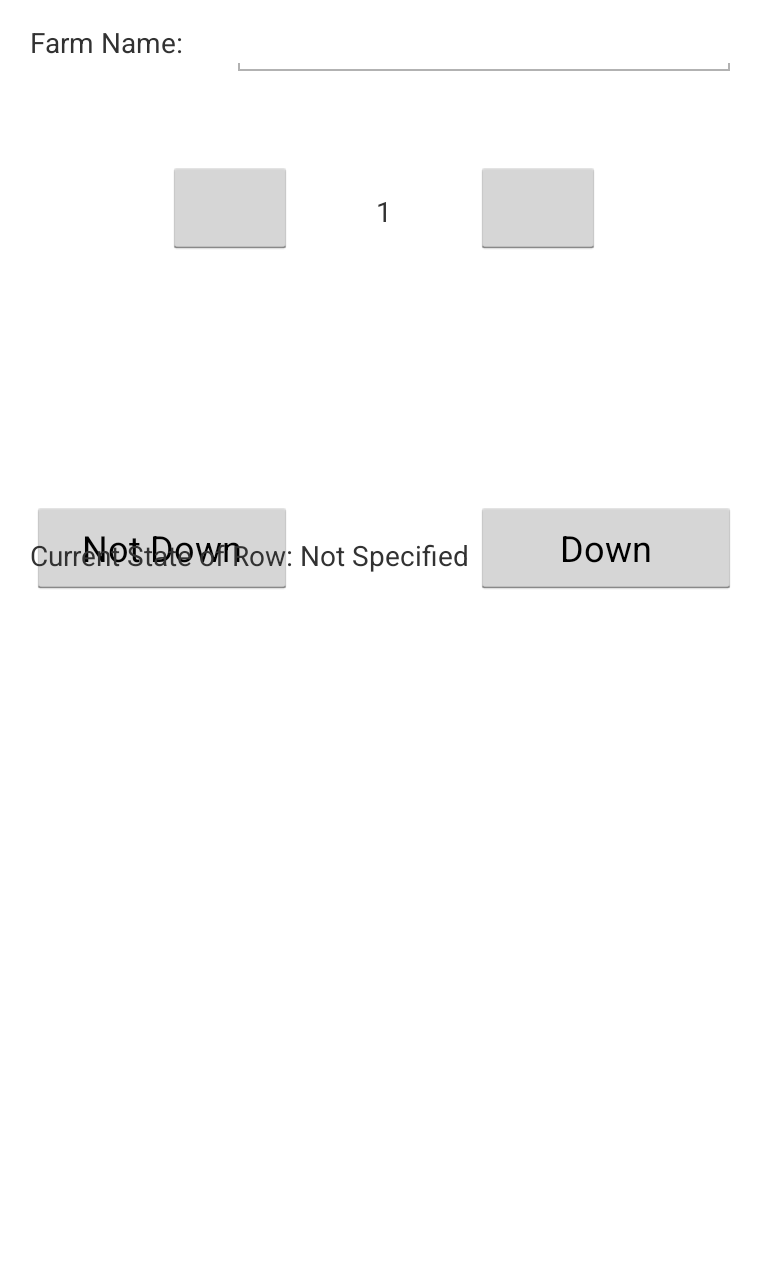
Repository: cokembel/FarmHand
Layout: FarmHand/res/layout/activity_main.xml
The author's editor kept a copy of each file at every save. The layout is drawn from the files as they stood at one save, then again after the next save.
It is drawn on a 768 x 1280 px phone screen (xhdpi) without system bars, with theme AppTheme; the app's code is not run.

Above is the layout before, as saved 2012-12-05 10:53:07.

After the next save:
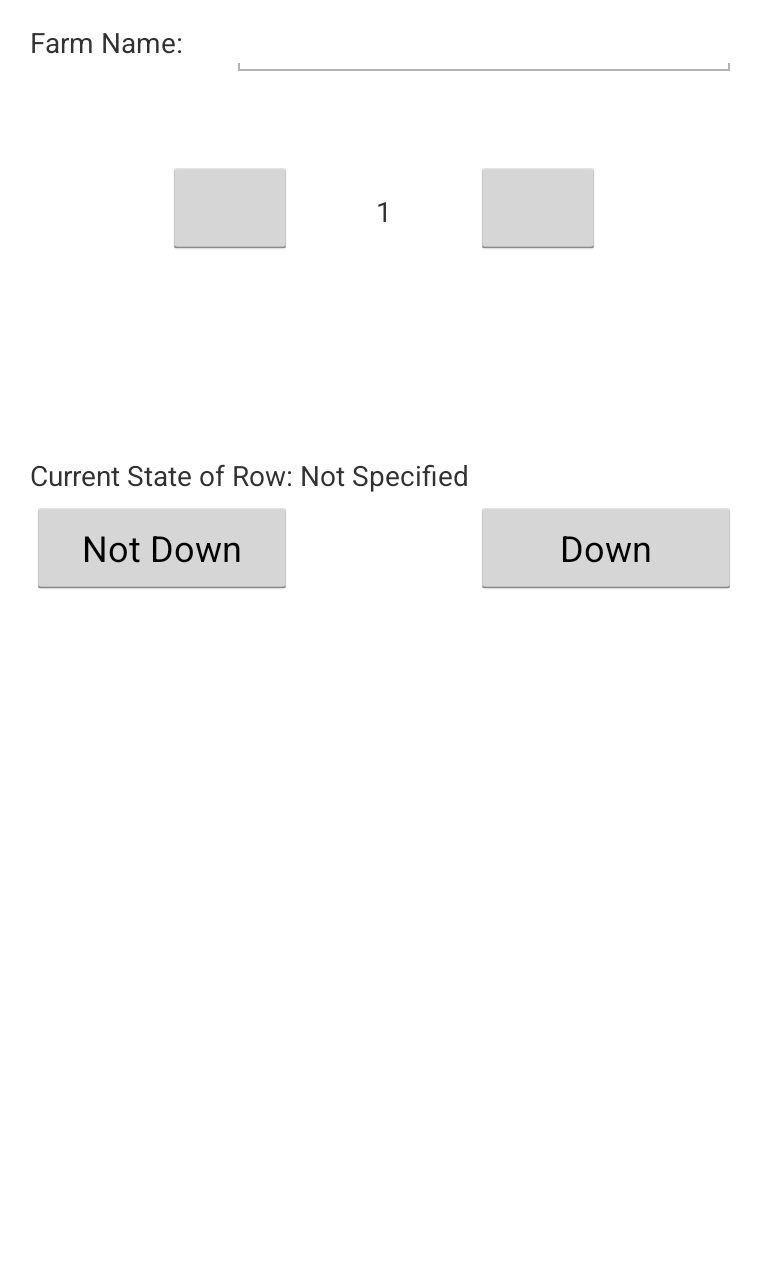
Saved 7 s later.
--- a/FarmHand/res/layout/activity_main.xml
+++ b/FarmHand/res/layout/activity_main.xml
@@ -86,7 +86,7 @@
                 android:layout_height="wrap_content"
                 android:layout_alignLeft="@+id/farm_label"
                 android:layout_below="@+id/prev_row_button"
-                android:layout_marginTop="140dp"
+                android:layout_marginTop="100dp"
                 android:text="@string/status"/>
 
         </RelativeLayout>
